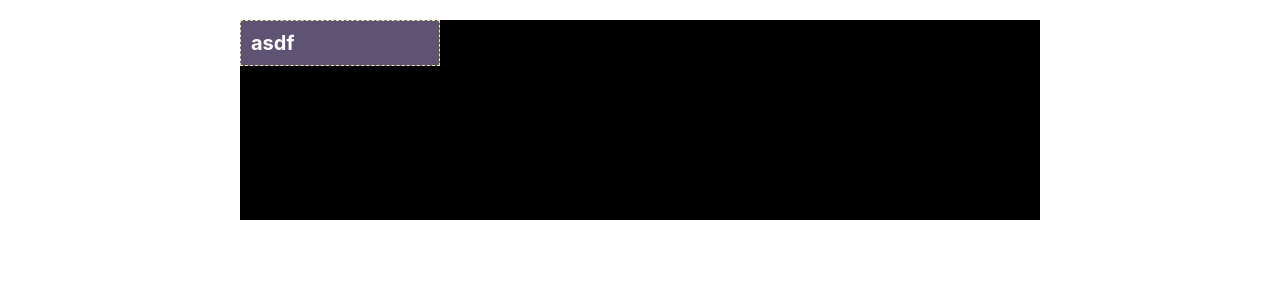
Repository: MiroslavWise/test-gallery
Page: /
An editor plug-in stored every save of this project. The page is shown before and after the next save, followed by the edit.
The browser window is 1280 px wide. The pictures show the whole page.
The page's requests for data from a server got no answer. The project was rebuilt for these pictures with package versions that can differ from the ones it lists, and the page was loaded fresh each time. No one was signed in, and anything a server would have sent is missing.

Above is the page before, as saved 2022-06-22 17:08:46.

After the next save:
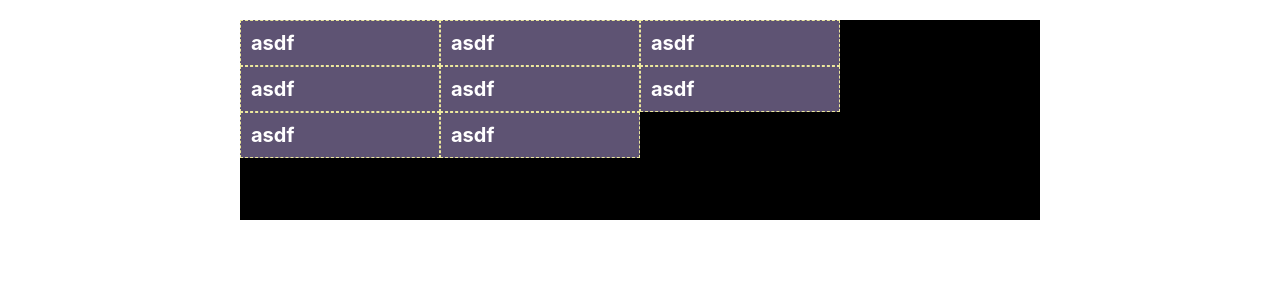
Saved 6 s later.
--- a/src/Gallery/PhotoGallery.jsx
+++ b/src/Gallery/PhotoGallery.jsx
@@ -8,6 +8,13 @@
                         </nav>
                         <div className='container_photos'>
                                 <div className='grid__item'>asdf</div>
+                                <div className='grid__item'>asdf</div>
+                                <div className='grid__item'>asdf</div>
+                                <div className='grid__item'>asdf</div>
+                                <div className='grid__item'>asdf</div>
+                                <div className='grid__item'>asdf</div>
+                                <div className='grid__item'>asdf</div>
+                                <div className='grid__item'>asdf</div>
                         </div>
                 </div>
         )
